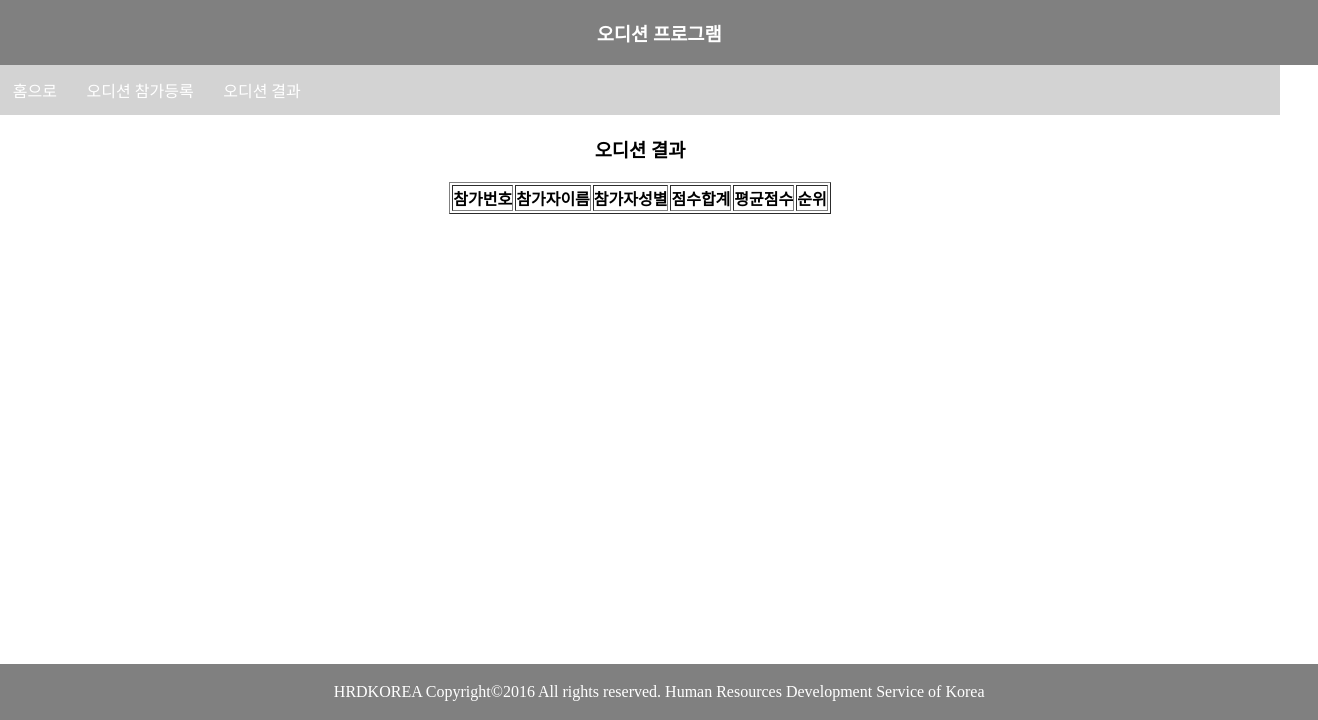
Repository: jieun000/Craftsman_Information_Processing
Page: http://localhost/Test/result.jsp
These files come from the project's save history. The page is drawn as it stood at one moment and after a run of saves; the edit follows.
The browser window is 1280 px wide. The page is 1318 px wide, then 1280 px, then 1318 px, so the pictures cover 1318 px, including what lies to the right of the window. The pictures show the whole page.
The page is served by Tomcat 9. Queries for data that is not in the repository find no rows.

Above is the page before, as saved 2023-09-06 03:07:52.

### 02_study/Test/src/main/webapp/result.jsp
<%@ page language="java" contentType="text/html; charset=UTF-8"
    pageEncoding="UTF-8"%>
<%@ page import="java.sql.*, javax.sql.*" %>

<!DOCTYPE html>
<html>
<head>
<meta charset="UTF-8">
<title>Insert title here</title>
<style type="text/css">
	* { margin: 0; padding: 0; }
	nav > a { text-decoration: none; color: white; padding: 1%;}
	nav > a:hover { background: gray; }
</style>
</head>
<body>
	<header style="background: gray; color: white; text-align: center; width: 100%; padding: 1.5%;">
		<h3>오디션 프로그램</h3>
	</header>
	<nav style="background: lightgray; width: 100%; padding: 1% 0;">
		<a href="main.jsp">홈으로</a>
		<a href="joinForm.jsp">오디션 참가등록</a>
		<a href="result.jsp">오디션 결과</a>
	</nav>
	<section>
		<h3 style="text-align: center; margin: 20px;">오디션 결과</h3>
			<table border="1" style="margin: auto;">
				<tr>
					<th>참가번호</th>
					<th>참가자이름</th>
					<th>참가자성별</th>
					<th>점수합계</th>
					<th>평균점수</th>
					<th>순위</th>
				</tr>
<%
	Connection con = null;
	PreparedStatement pstmt = null;
	ResultSet rs = null;
	String sql = "select * from tbl_artist";
	try {
		Class.forName("oracle.jdbc.OracleDriver");
		con = DriverManager.getConnection("jdbc:oracle:thin:@localhost:1521/xe","system","1234");
		pstmt = con.prepareStatement(sql);
		rs = pstmt.executeQuery();
		if(rs.next()) {
			do {
				String gender = "남";
				if(rs.getString(3).equals("F")) gender = "여";
%>
				<tr>
					<td>adf</td>
				</tr>
<%
			} while(rs.next());
		}
	} catch(Exception e) {
		e.printStackTrace();
	} finally {
		if(rs!=null) rs.close();
		if(pstmt!=null) pstmt.close();
		if(con!=null) con.close();
	}
%>
			</table>
	</section>
	<footer style="background: gray; color: white; width: 100%; text-align: center; padding: 1.5%; position: absolute; bottom: 0;">
		<p>
			HRDKOREA Copyright&copy;2016 All rights reserved. Human Resources Development Service of Korea
		</p>
	</footer>
</body>
</html>

After the next 2 saves:
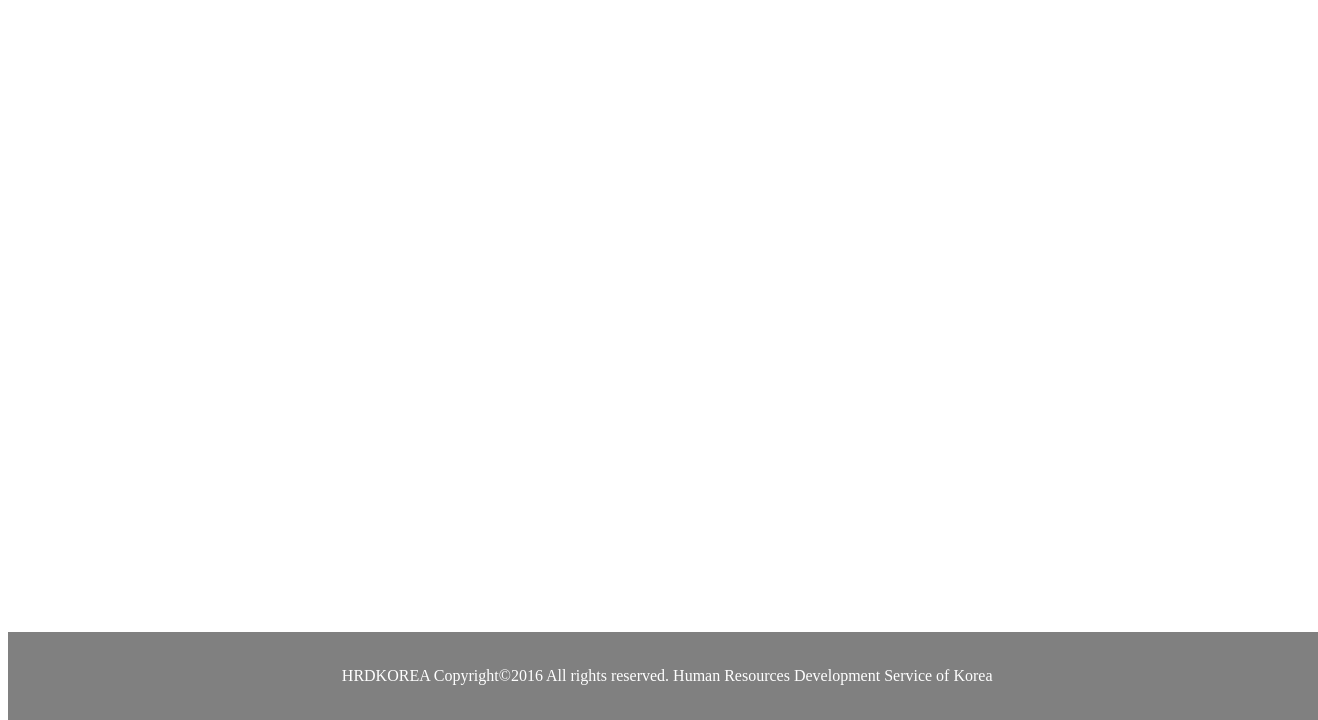
The 2 saves are shown as one change because 1 did not build or start.
The last was saved 17 s later.
--- a/02_study/Test/src/main/webapp/result.jsp
+++ b/02_study/Test/src/main/webapp/result.jsp
@@ -1,7 +1,21 @@
 <%@ page language="java" contentType="text/html; charset=UTF-8"
     pageEncoding="UTF-8"%>
 <%@ page import="java.sql.*, javax.sql.*" %>
-
+<%
+	Connection con = null;
+	PreparedStatement pstmt = null;
+	ResultSet rs = null;
+	String sql = "select * from tbl_artist";
+	try {
+		Class.forName("oracle.jdbc.OracleDriver");
+		con = DriverManager.getConnection("jdbc:oracle:thin:@localhost:1521/xe","system","1234");
+		pstmt = con.prepareStatement(sql);
+		rs = pstmt.executeQuery();
+		if(rs.next()) {
+			do {
+				String gender = "남";
+				if(rs.getString(3).equals("F")) gender = "여";
+%>
 <!DOCTYPE html>
 <html>
 <head>
@@ -33,21 +47,7 @@
 					<th>평균점수</th>
 					<th>순위</th>
 				</tr>
-<%
-	Connection con = null;
-	PreparedStatement pstmt = null;
-	ResultSet rs = null;
-	String sql = "select * from tbl_artist";
-	try {
-		Class.forName("oracle.jdbc.OracleDriver");
-		con = DriverManager.getConnection("jdbc:oracle:thin:@localhost:1521/xe","system","1234");
-		pstmt = con.prepareStatement(sql);
-		rs = pstmt.executeQuery();
-		if(rs.next()) {
-			do {
-				String gender = "남";
-				if(rs.getString(3).equals("F")) gender = "여";
-%>
+
 				<tr>
 					<td>adf</td>
 				</tr>

After the 3 saves that followed:
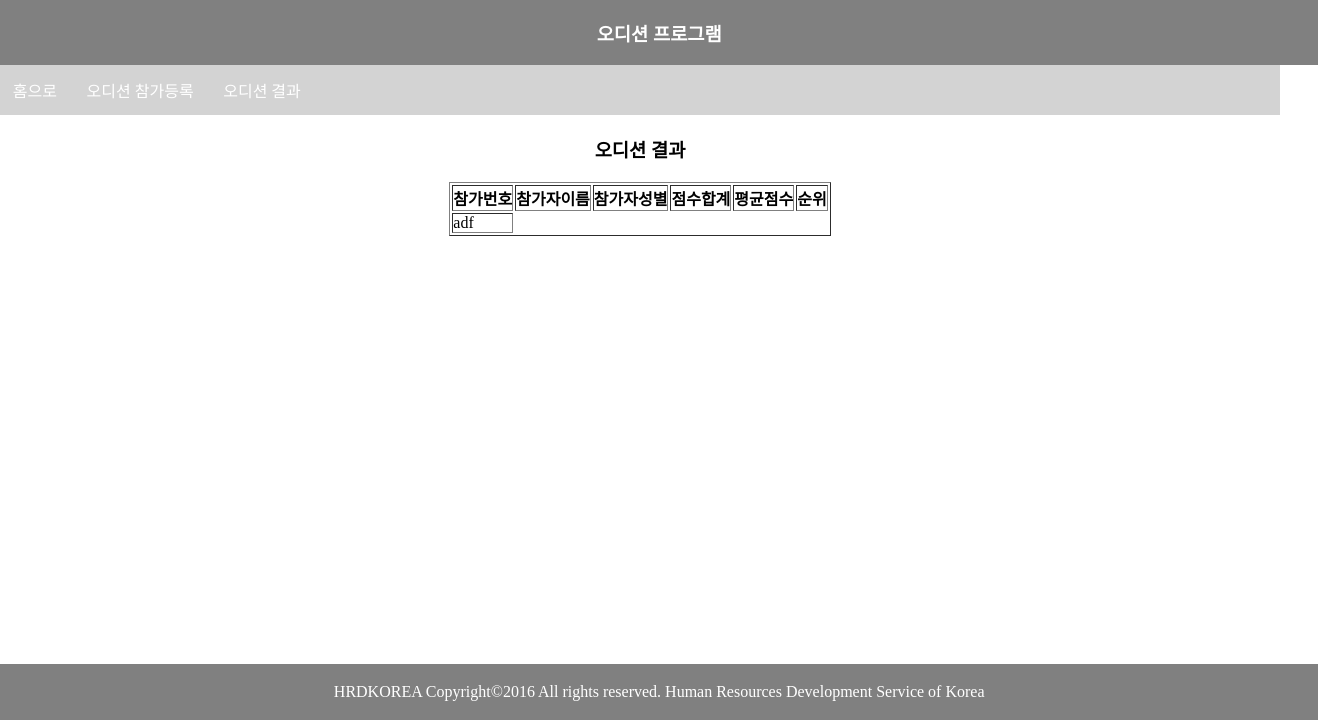
The 3 saves are shown as one change because 1 did not build or start and 1 left the picture as it was.
The last was saved 60 s later.
--- a/02_study/Test/src/main/webapp/result.jsp
+++ b/02_study/Test/src/main/webapp/result.jsp
@@ -1,21 +1,6 @@
 <%@ page language="java" contentType="text/html; charset=UTF-8"
     pageEncoding="UTF-8"%>
-<%@ page import="java.sql.*, javax.sql.*" %>
-<%
-	Connection con = null;
-	PreparedStatement pstmt = null;
-	ResultSet rs = null;
-	String sql = "select * from tbl_artist";
-	try {
-		Class.forName("oracle.jdbc.OracleDriver");
-		con = DriverManager.getConnection("jdbc:oracle:thin:@localhost:1521/xe","system","1234");
-		pstmt = con.prepareStatement(sql);
-		rs = pstmt.executeQuery();
-		if(rs.next()) {
-			do {
-				String gender = "남";
-				if(rs.getString(3).equals("F")) gender = "여";
-%>
+
 <!DOCTYPE html>
 <html>
 <head>
@@ -51,17 +36,7 @@
 				<tr>
 					<td>adf</td>
 				</tr>
-<%
-			} while(rs.next());
-		}
-	} catch(Exception e) {
-		e.printStackTrace();
-	} finally {
-		if(rs!=null) rs.close();
-		if(pstmt!=null) pstmt.close();
-		if(con!=null) con.close();
-	}
-%>
+
 			</table>
 	</section>
 	<footer style="background: gray; color: white; width: 100%; text-align: center; padding: 1.5%; position: absolute; bottom: 0;">
